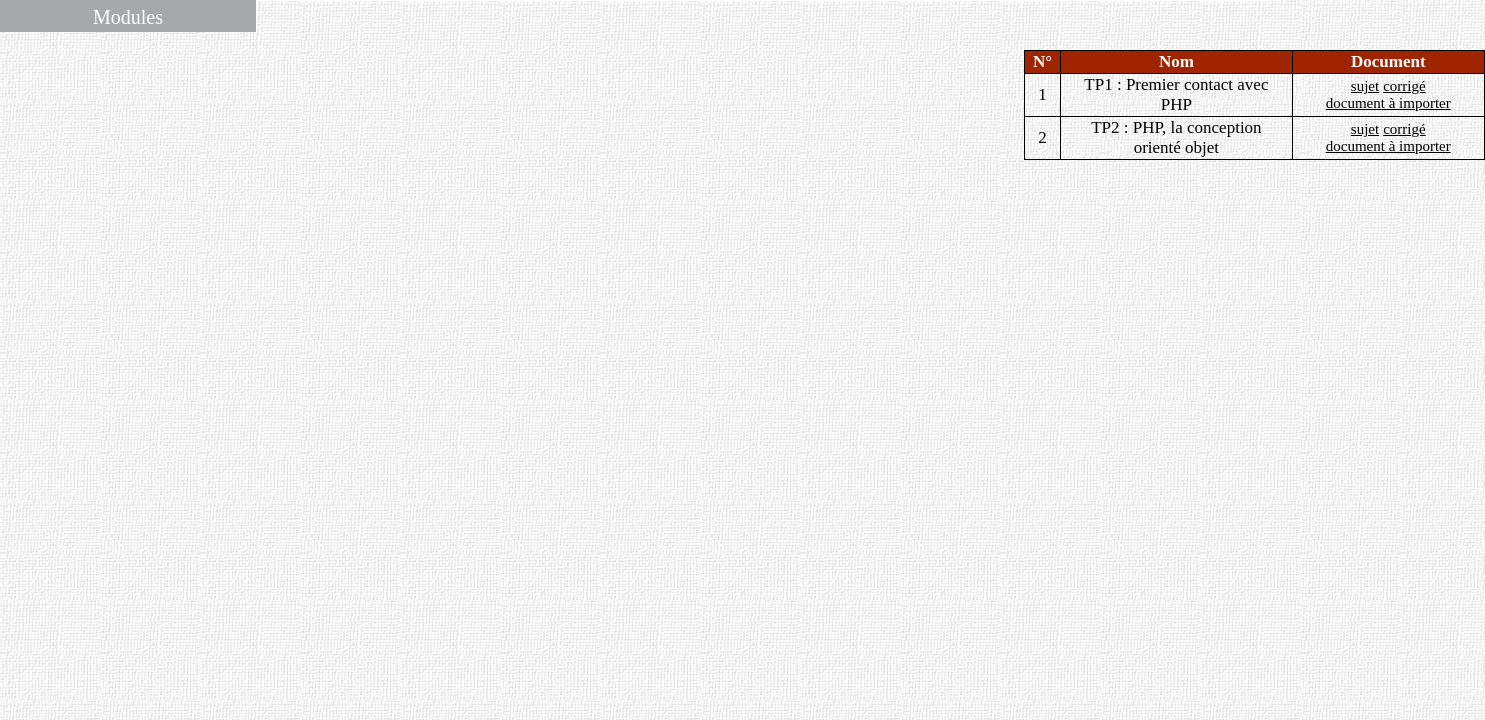
Repository: ValentinArg/PETUT
Page: http://localhost/PETUT/WEB-INF/jsp/eleve/forum.jsp
The author's editor kept a copy of each file at every save. The page is drawn from the files as they stood at one save, then again after the next save.
The browser window is 1280 px wide. The page is 1485 px wide, then 1280 px, then 1485 px, so the pictures cover 1485 px, including what lies to the right of the window. The pictures show the whole page.
Some web libraries are served in a nearby version. The page is served by Tomcat 9. Nobody is signed in. The template is opened directly, without the code that normally fills it, so the values that code supplies are empty.

Above is the page before, as saved 2016-11-03 21:49:23.

After the next save:
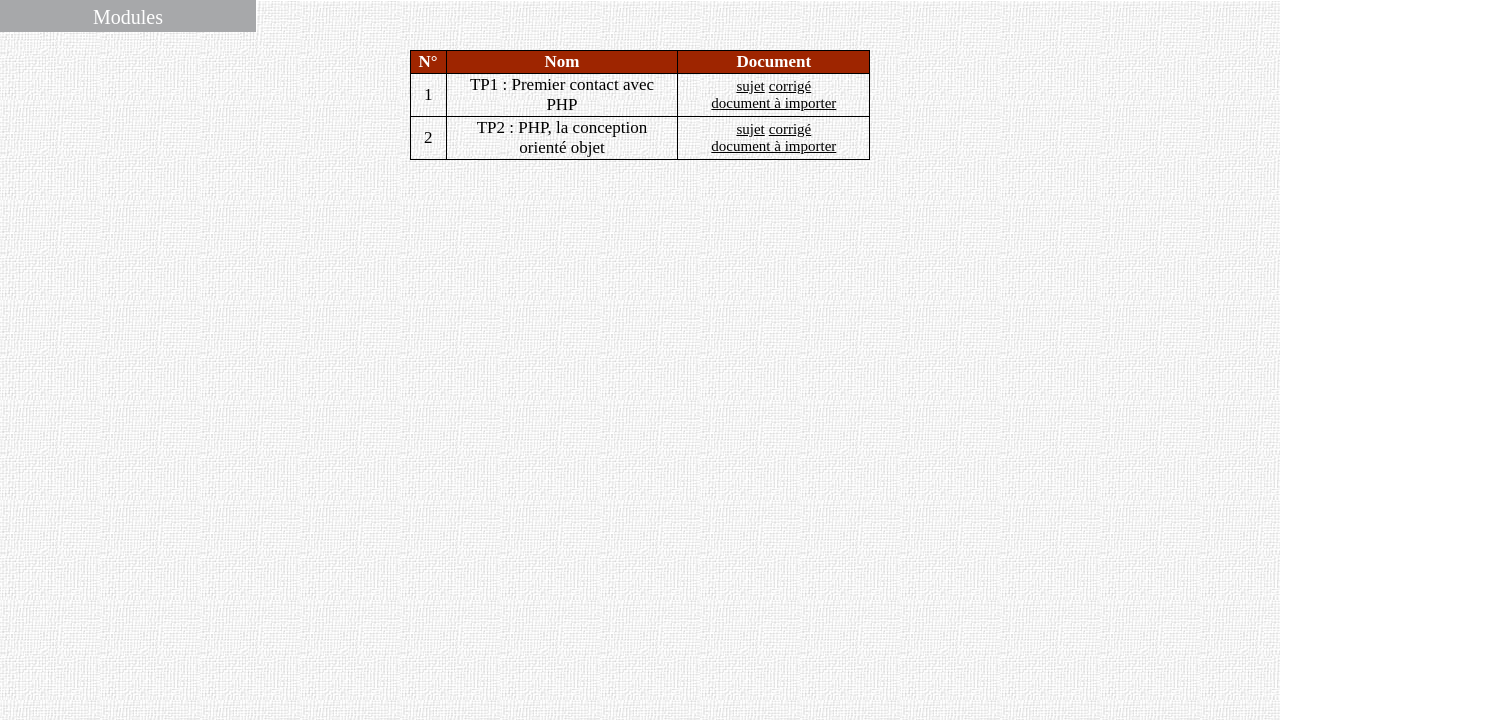
Console error: ReferenceError: resultat is not defined
Saved 10 s later.
--- a/PETUT/WebContent/WEB-INF/jsp/eleve/forum.jsp
+++ b/PETUT/WebContent/WEB-INF/jsp/eleve/forum.jsp
@@ -184,7 +184,7 @@
 			var pourcentage = (longueurDivTableau/($(document).width()));
 			//var resultat = "''"+(100-pourcentage)+"%'";
 			//alert(resultat);
-			document.getElementById('tableauSujets').style.marginLeft = "100%";
+			document.getElementById('tableauSujets').style.marginLeft = resultat;
 		</script>
 	</body>
 </html>

After the 2 saves that followed:
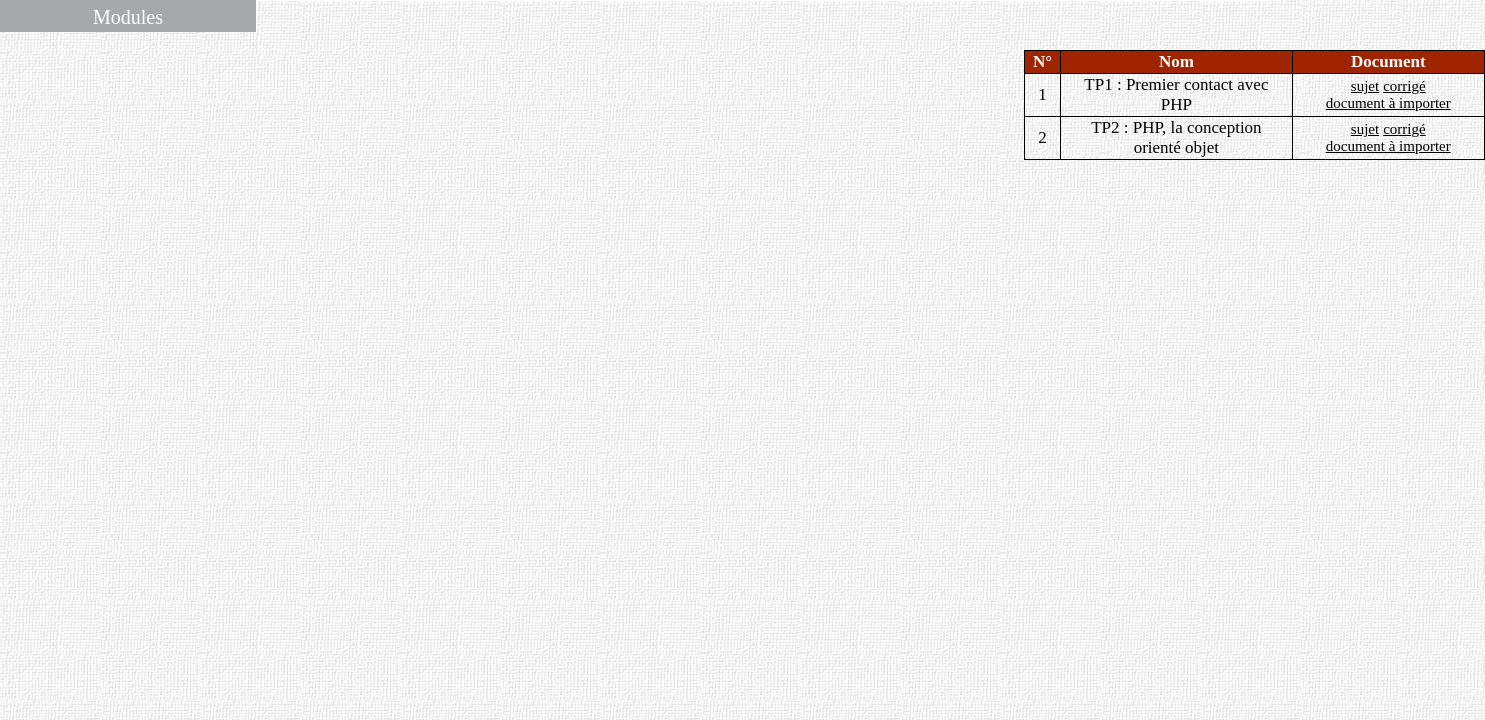
The error is gone.
The 2 saves are shown as one change because 1 left the picture as it was.
The last was saved 15 s later.
--- a/PETUT/WebContent/WEB-INF/jsp/eleve/forum.jsp
+++ b/PETUT/WebContent/WEB-INF/jsp/eleve/forum.jsp
@@ -182,9 +182,9 @@
 			$('.forum').hide();
 			var longueurDivTableau = ($(".tableau").width()*100);
 			var pourcentage = (longueurDivTableau/($(document).width()));
-			//var resultat = "''"+(100-pourcentage)+"%'";
+			var resultat = "''"+(100-pourcentage)+"%'";
 			//alert(resultat);
-			document.getElementById('tableauSujets').style.marginLeft = resultat;
+			document.getElementById('tableauSujets').style.marginLeft = '100%';
 		</script>
 	</body>
 </html>
